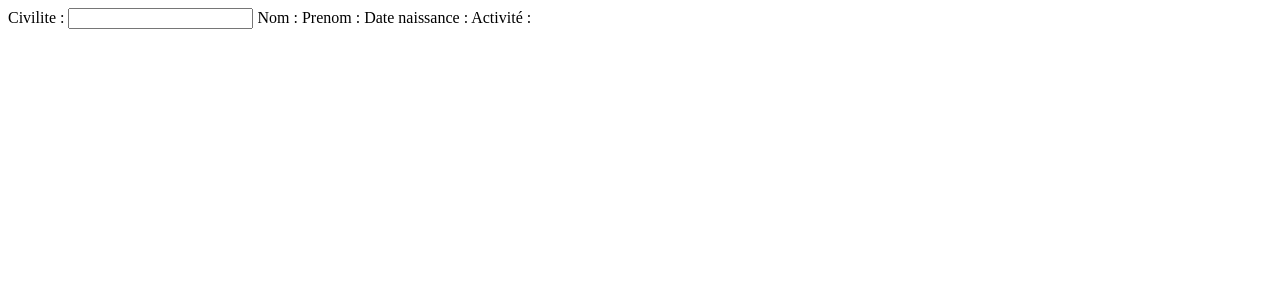
Repository: Douzal/AFCEPF_Architecte_Logiciel
Page: Workspace_Alexis/PremierWebv2/src/main/webapp/Form.html
An editor plug-in stored every save of this project. The page is shown before and after the next save, followed by the edit.
The browser window is 1280 px wide. The pictures show the whole page.

Above is the page before, as saved 2018-03-14 13:41:23.

### Workspace_Alexis/PremierWebv2/src/main/webapp/Form.html
<!DOCTYPE html>
<html>
<head>
<meta charset="UTF-8">
<title>Formulaire</title>
</head>
<body>

<form action="" method="get">
	<label>Civilite : </label><input id="civ" name="civ" type="text"></input>
	<label>Nom : </label>
	<label>Prenom : </label>
	<label>Date naissance : </label>
	<label>Activité : </label>
	<label></label>
</form>


</body>
</html>

After the next save:
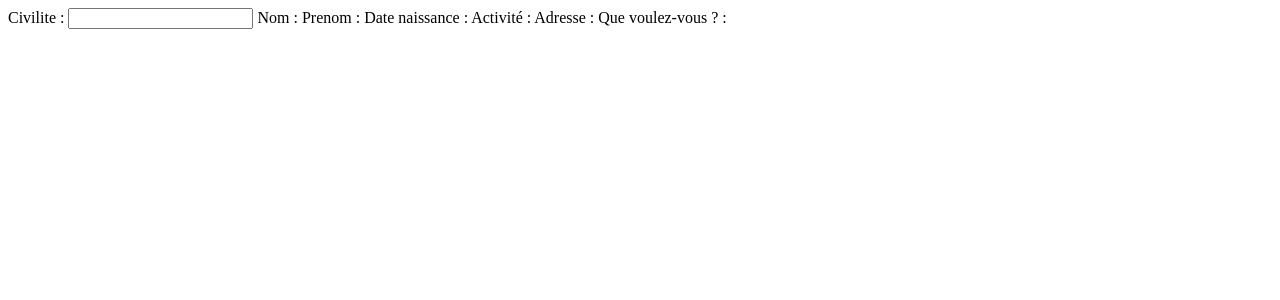
Saved 16 s later.
--- a/Workspace_Alexis/PremierWebv2/src/main/webapp/Form.html
+++ b/Workspace_Alexis/PremierWebv2/src/main/webapp/Form.html
@@ -12,7 +12,8 @@
 	<label>Prenom : </label>
 	<label>Date naissance : </label>
 	<label>Activité : </label>
-	<label></label>
+	<label>Adresse : </label>
+	<label>Que voulez-vous ? : </label>
 </form>
 
 
